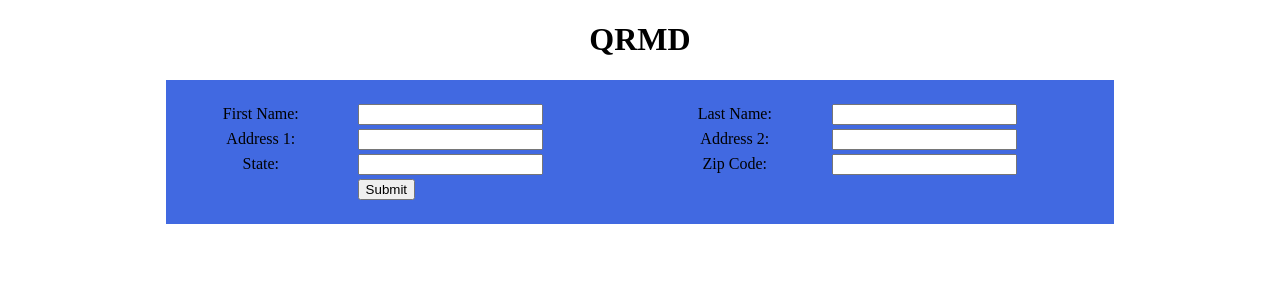
Repository: ImPickleRiiicck/QRMD
Page: http://localhost/QRMD/Pages/PatientInfoScreen.jsp
An editor plug-in stored every save of this project. The page is shown before and after the next save, followed by the edit.
The browser window is 1280 px wide. The pictures show the whole page.
The page is served by Tomcat 9. Other server files are loaded and not shown.

Above is the page before, as saved 2019-02-13 03:39:09.

### QRMD/WebContent/Pages/PatientInfoScreen.jsp
<%@ page language="java" contentType="text/html; charset=ISO-8859-1"
    pageEncoding="ISO-8859-1"%>
<!DOCTYPE html>
<html>
<head>
<meta charset="ISO-8859-1">
<title>QRMD</title>
</head>
<style>
    p
    {
        color: black;
    }
</style>
            <body>
                <font color="black" size="3">
                    <div align="center">
                        <h1>QRMD</h1>
                        <form action="qrmd.servlet.qrmdForm" method="post">
                            <table style="background-color: royalblue" align="center" width="75%" border="0" cellspacing="0" cellpadding="2">
                                <tr>
                                    <td width="20%">&nbsp;</td>
                                    <td width="30%">&nbsp;</td>
                                    <td width="20%">&nbsp;</td>
                                    <td width="30%">&nbsp;</td>
                                </tr>
                                <tr>
                                    <td align="center">First Name: </td>
                                    <td><input type="text" name="firstName"></td>
                                    <td align="center">Last Name: </td>
                                    <td><input type="text" name="lastName"></td>
                                </tr>
                                <tr>
                                    <td align="center">Address 1: </td>
                                    <td><input type="text" name="address1"></td>
                                    <td align="center">Address 2: </td>
                                    <td><input type="text" name="address2"></td>
                                </tr>
                                <tr>
                                    <td align="center">State: </td>
                                    <td><input type="text" name="state"></td>
                                    <td align="center">Zip Code: </td>
                                    <td><input type="text" name="zipCode"></td>
                                </tr>
                                <tr>
                                    <td>&nbsp;</td>
                                    <td><input type="submit" name="submit" value="Submit" onClick="submit"></td>
                                    <td>&nbsp;</td>
                                    <td>&nbsp;</td>
                                </tr>
                                <tr>
                                    <td>&nbsp;</td>
                                    <td>&nbsp;</td>
                                </tr>
                                </table>
                                </form>
                        </div>
                </font>
            </body>
</html>

After the next save:
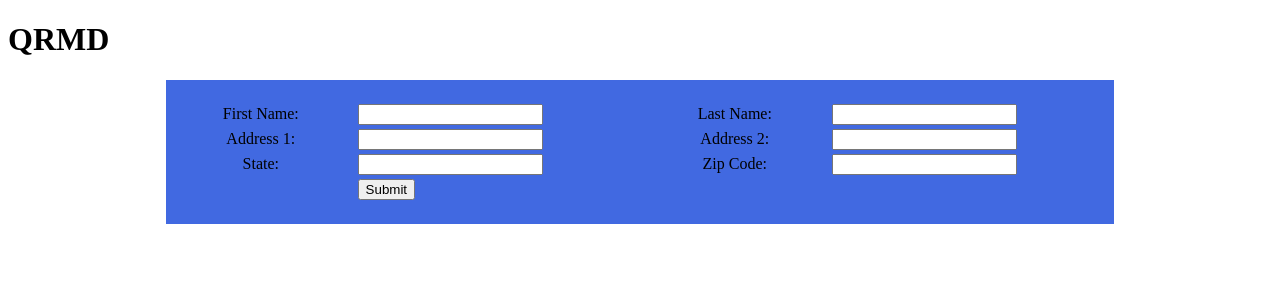
Saved 27 s later.
--- a/QRMD/WebContent/Pages/PatientInfoScreen.jsp
+++ b/QRMD/WebContent/Pages/PatientInfoScreen.jsp
@@ -14,7 +14,6 @@
 </style>
             <body>
                 <font color="black" size="3">
-                    <div align="center">
                         <h1>QRMD</h1>
                         <form action="qrmd.servlet.qrmdForm" method="post">
                             <table style="background-color: royalblue" align="center" width="75%" border="0" cellspacing="0" cellpadding="2">
@@ -54,7 +53,6 @@
                                 </tr>
                                 </table>
                                 </form>
-                        </div>
                 </font>
             </body>
 </html>

After the save that followed:
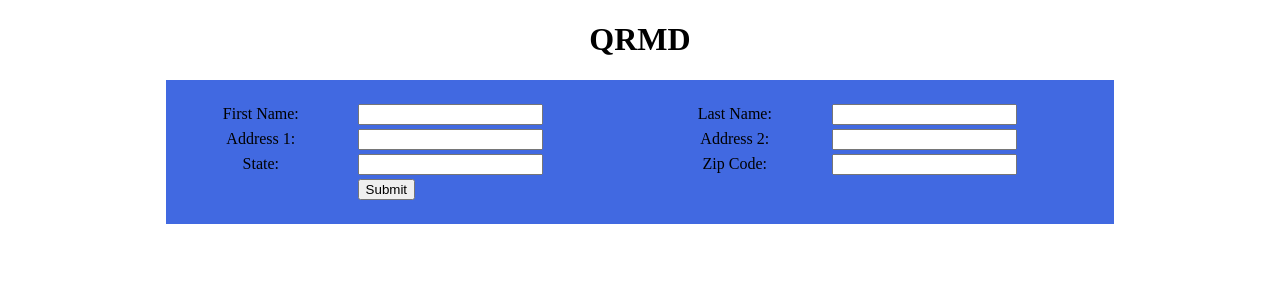
Saved 35 s later.
--- a/QRMD/WebContent/Pages/PatientInfoScreen.jsp
+++ b/QRMD/WebContent/Pages/PatientInfoScreen.jsp
@@ -14,6 +14,7 @@
 </style>
             <body>
                 <font color="black" size="3">
+                    <div align="center">
                         <h1>QRMD</h1>
                         <form action="qrmd.servlet.qrmdForm" method="post">
                             <table style="background-color: royalblue" align="center" width="75%" border="0" cellspacing="0" cellpadding="2">
@@ -53,6 +54,7 @@
                                 </tr>
                                 </table>
                                 </form>
+                        </div>
                 </font>
             </body>
 </html>
